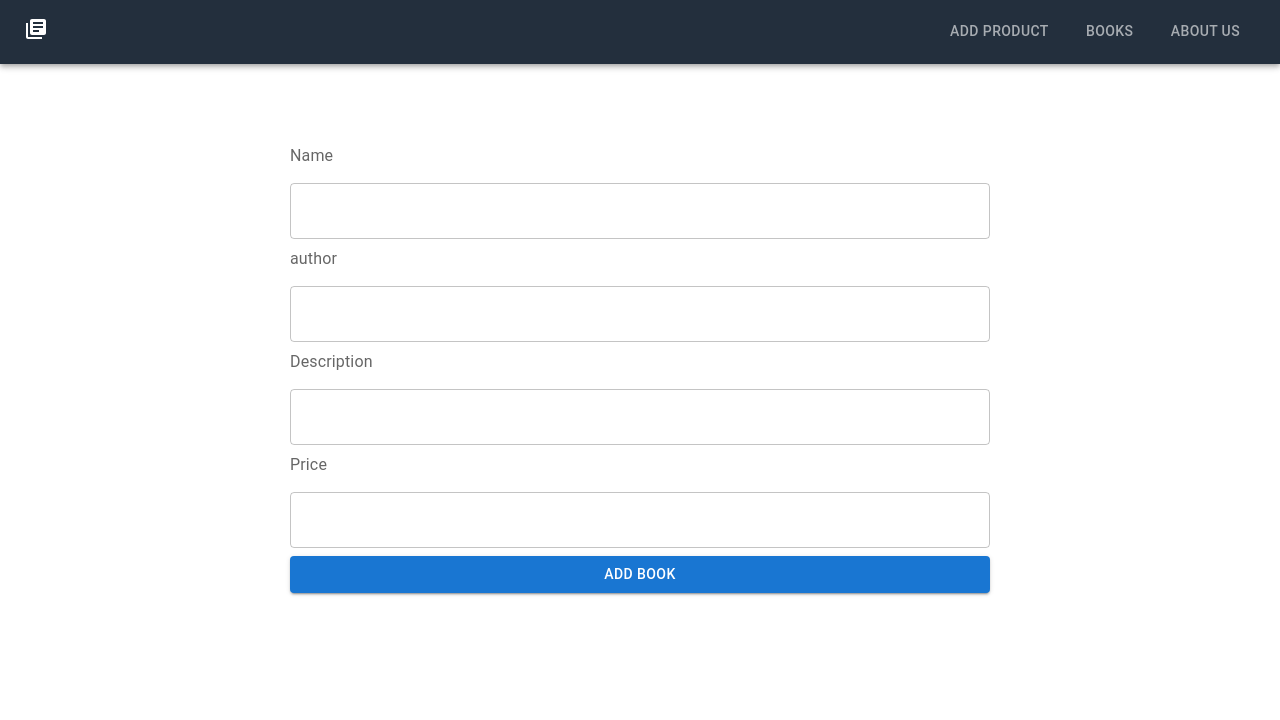
Repository: CydexCode/Book_Store_App-MERN-Stack
Page: /add (app in book-store/)
The author's editor kept a copy of each file at every save. The page is drawn from the files as they stood at one save, then again after the next save.
The browser window is 1280 px wide. The pictures show the whole page.
The project was rebuilt for these pictures with package versions that can differ from the ones it lists, and the page was loaded fresh each time. Also part of the build but not shown: book-store/src/components/Home.js, book-store/src/components/Book/Book.css, book-store/src/components/Book/Book.js, book-store/src/components/Book/Books.js, book-store/src/components/About.js.

Above is the page before, as saved 2022-09-08 13:33:32.

### book-store/src/index.js
import React from 'react';
import ReactDOM from 'react-dom/client';
import './index.css';
import App from './App';
import { BrowserRouter } from 'react-router-dom';


const root = ReactDOM.createRoot(document.getElementById('root'));
root.render(
  <BrowserRouter>
  <React.StrictMode>
    <App />
  </React.StrictMode>
  </BrowserRouter>
);

// If you want to start measuring performance in your app, pass a function
// to log results (for example: reportWebVitals(console.log))
// or send to an analytics endpoint. Learn more: https://bit.ly/CRA-vitals

### book-store/src/index.css
/*body {
  margin: 0;
  font-family: -apple-system, BlinkMacSystemFont, 'Segoe UI', 'Roboto', 'Oxygen',
    'Ubuntu', 'Cantarell', 'Fira Sans', 'Droid Sans', 'Helvetica Neue',
    sans-serif;
  -webkit-font-smoothing: antialiased;
  -moz-osx-font-smoothing: grayscale;
}

code {
  font-family: source-code-pro, Menlo, Monaco, Consolas, 'Courier New',
    monospace;
} */

*{
  padding: 0;
  margin: 0;
}

### book-store/src/App.js
import React  from "react";
import Header from "./components/Header";
import { Route ,Routes } from 'react-router-dom';
import Home from "./components/Home";
import AddBook from "./components/AddBook";
import Books from "./components/Book/Books";
import About from "./components/About";


function App() {
  return (

   <React.Fragment>
    <header>
    <Header />
    </header>
    <main>
      <Routes>
        <Route path="/" element={<Home />} exact />
        <Route path="/add" element={<AddBook />} exact />
        <Route path="/books" element={<Books />} exact />
        <Route path="/about" element={<About />} exact />
      </Routes>
    </main>
    </React.Fragment>
  );
}

export default App;

### book-store/src/components/Header.js
import React, { useState } from 'react';
import { AppBar, Tab, Tabs, Toolbar, Typography } from "@mui/material";
import LibraryBooksIcon from '@mui/icons-material/LibraryBooks';
import { NavLink} from 'react-router-dom';
const Header = () => {
    const [value, setValue] = useState();
  return (
    <div>
      <AppBar sx={{ backgroundColor:"#232F3D"}} position='sticky'>
<Toolbar>
<Typography>
            <LibraryBooksIcon />
            </Typography>

            <Tabs sx={{ml:"auto"}} textColor="inherit" indicatorColor="secondary" value={value} onChange={(e,val) =>setValue(val)}>
                <Tab LinkComponent={NavLink} to="/add" label="Add product" />
                <Tab  LinkComponent={NavLink} to="/books" label="Books" />
                <Tab  LinkComponent={NavLink} to="/about" label="About Us" />
            </Tabs>

</Toolbar>
      </AppBar>
    </div>
  );
};

export default Header;

### book-store/src/components/AddBook.js
import { Button, FormLabel, TextField } from '@mui/material';
import { Box } from '@mui/system';
import React from 'react';

const AddBook = () => {
  return (
<form>
    <Box display='flex' flexDirection='column' justifyContent={'center'} maxWidth={700} alignContent={'center'} alignSelf='center' marginLeft={"auto"} marginRight='auto' marginTop={10}>
    <FormLabel>Name</FormLabel>
<TextField margin='normal' fullWidth variant='outlined' name='name'/>
<FormLabel>author</FormLabel>
<TextField margin='normal' fullWidth variant='outlined' name='author'/>
<FormLabel>Description</FormLabel>
<TextField margin='normal' fullWidth variant='outlined' name='description'/>
<FormLabel>Price</FormLabel>
<TextField type="number" margin='normal' fullWidth variant='outlined' name='price'/>

<Button variant='contained' type='submit'>Add Book</Button>

</Box>

  </form>

  ) ;
};

export default AddBook;

Loaded but not shown: book-store/public/index.html (common file)

After the next save:
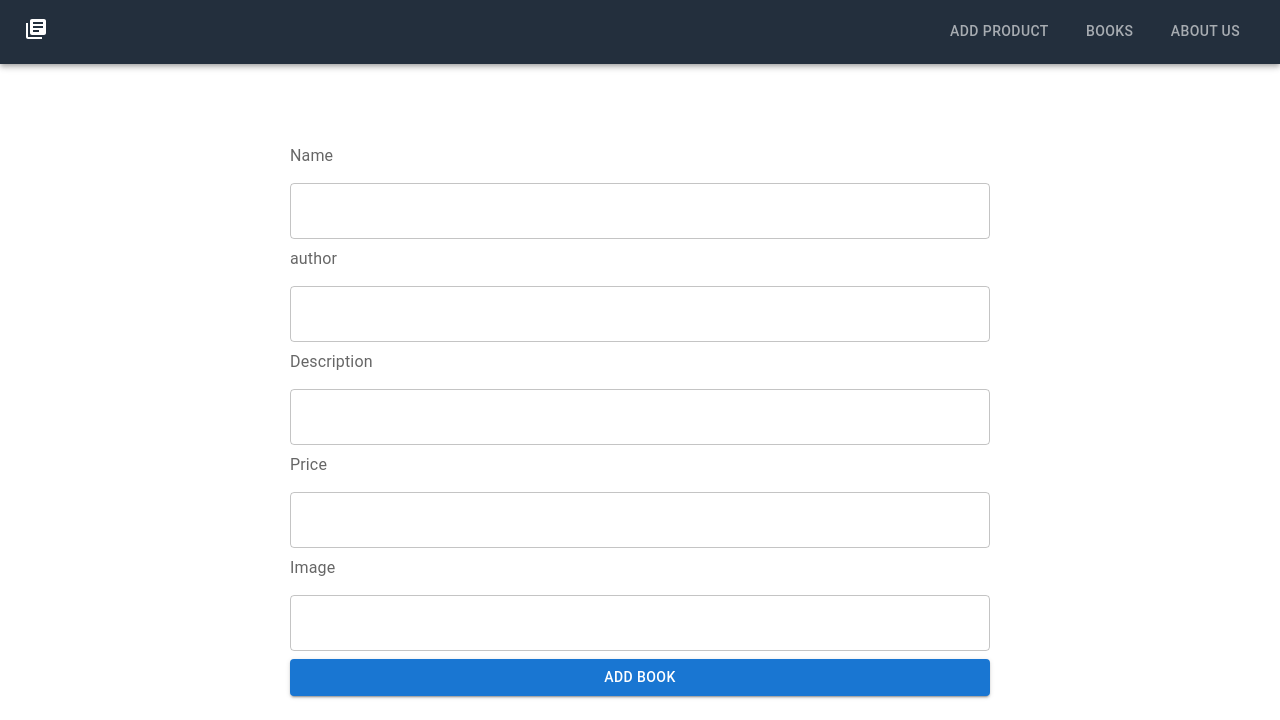
Saved 9 min 19 s later.
--- a/book-store/src/components/AddBook.js
+++ b/book-store/src/components/AddBook.js
@@ -1,8 +1,18 @@
 import { Button, FormLabel, TextField } from '@mui/material';
 import { Box } from '@mui/system';
-import React from 'react';
+import React, {useState} from 'react';
 
 const AddBook = () => {
+
+const [inputs, setInputs] = useState({
+    name: '',
+    description: '',
+    price: '',
+    author: '',
+    available: '',
+    image: ''
+});
+
   return (
 <form>
     <Box display='flex' flexDirection='column' justifyContent={'center'} maxWidth={700} alignContent={'center'} alignSelf='center' marginLeft={"auto"} marginRight='auto' marginTop={10}>
@@ -11,9 +21,26 @@ const AddBook = () => {
 <FormLabel>author</FormLabel>
 <TextField margin='normal' fullWidth variant='outlined' name='author'/>
 <FormLabel>Description</FormLabel>
-<TextField margin='normal' fullWidth variant='outlined' name='description'/>
+<TextField
+margin='normal'
+ fullWidth
+ variant='outlined'
+  name='description'
+  />
 <FormLabel>Price</FormLabel>
-<TextField type="number" margin='normal' fullWidth variant='outlined' name='price'/>
+<TextField
+type="number"
+margin='normal' fullWidth
+variant='outlined'
+name='price'
+/>
+<FormLabel>Image</FormLabel>
+<TextField
+type="number"
+margin='normal' fullWidth
+variant='outlined'
+name='image'
+/>
 
 <Button variant='contained' type='submit'>Add Book</Button>
 
